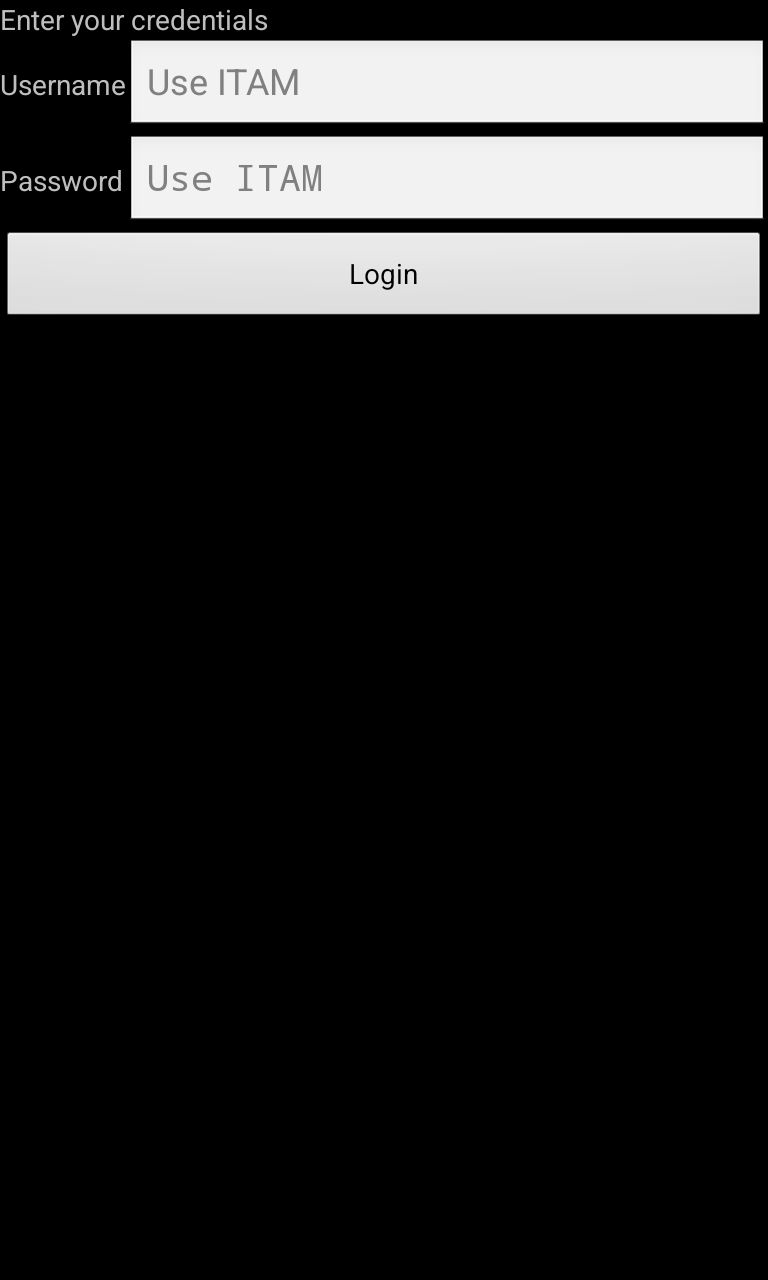
Repository: cogitovsmachina/Curso-Android-en-ITAM
Layout: SimpleLoginForm/res/layout/main.xml
An editor plug-in stored every save of this project. The layout is shown before and after a run of saves, followed by the edit.
It is drawn on a 768 x 1280 px phone screen (xhdpi) without system bars, with theme android:Theme; the app's code is not run.

Above is the layout before, as saved 2011-07-05 16:00:05.

### SimpleLoginForm/res/layout/main.xml
<?xml version="1.0" encoding="utf-8"?>
<TableLayout xmlns:android="http://schemas.android.com/apk/res/android"
    android:orientation="vertical"
    android:layout_width="fill_parent"
    android:layout_height="fill_parent"
    android:stretchColumns="1"
    >
<TextView
    android:layout_width="fill_parent"
    android:layout_height="wrap_content"
    android:text="@string/hello"
    />
    <TableRow>


<TextView
    android:layout_width="fill_parent"
    android:layout_height="wrap_content"
    android:text="Username"
    />

 <EditText
    android:layout_width="fill_parent"
    android:layout_height="wrap_content"
    android:hint="Use ITAM"
    android:id="@+id/username"
    />

    </TableRow>

<TableRow>
<TextView
    android:layout_width="fill_parent"
    android:layout_height="wrap_content"
    android:text="Password"
    />
    <EditText
    android:layout_width="fill_parent"
    android:layout_height="wrap_content"
    android:hint="Use ITAM"
    android:password="true"
    android:id="@+id/password"
    />
    </TableRow>

<LinearLayout
    android:layout_width="wrap_content"
    android:layout_height="wrap_content"

    >
<Button
    android:layout_width="fill_parent"
    android:layout_height="wrap_content"
    android:text="Login"
    android:id="@+id/loginbutton"
    />
<Button
    android:layout_width="fill_parent"
    android:layout_height="wrap_content"
    android:text="Cancel"
    android:id="@+id/cancelbutton"
    />
   </LinearLayout>
    <TextView
	    android:layout_width="fill_parent"
	    android:layout_height="wrap_content"
	    android:id="@+id/result"
    />
</TableLayout>

### SimpleLoginForm/res/values/strings.xml
<?xml version="1.0" encoding="utf-8"?>
<resources>
    <string name="hello">Enter your credentials</string>
    <string name="app_name">SimpleLoginForm</string>
</resources>

After the next 2 saves:
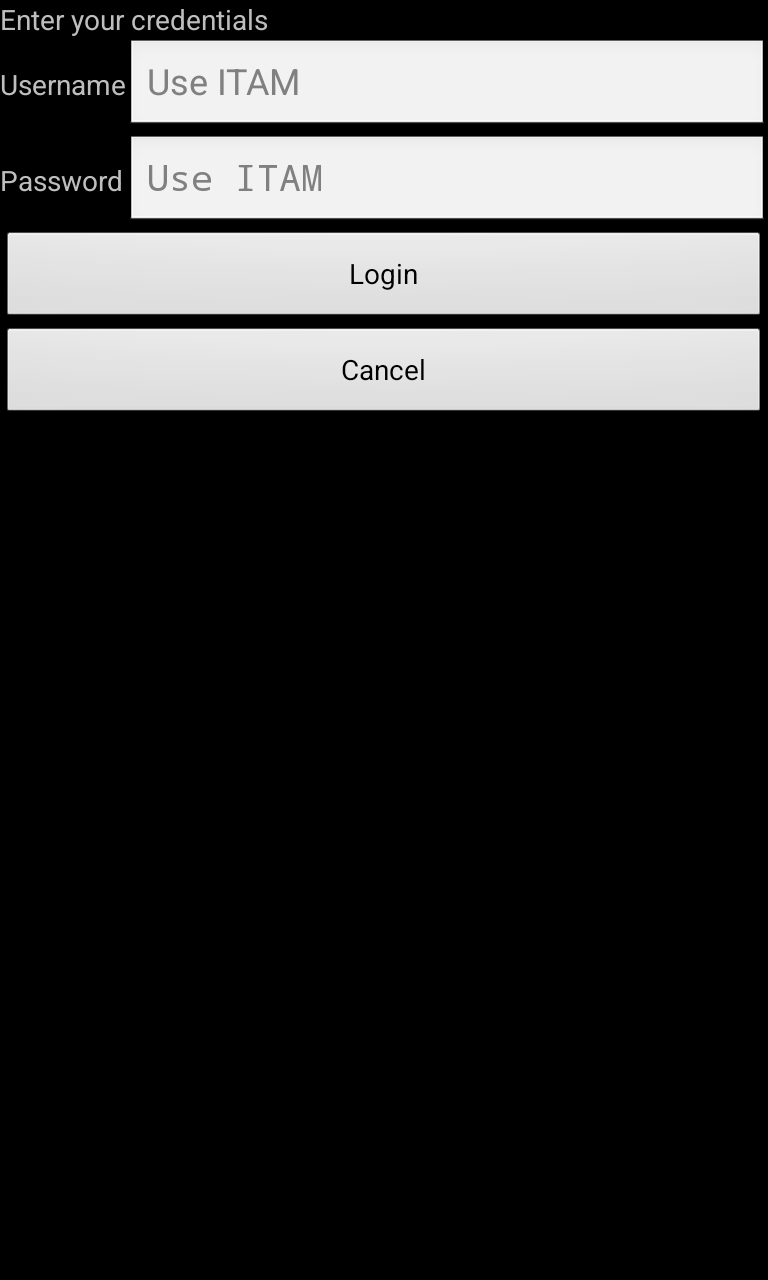
The 2 saves are shown as one change because 1 did not build or start.
The last was saved 31 s later.
--- a/SimpleLoginForm/res/layout/main.xml
+++ b/SimpleLoginForm/res/layout/main.xml
@@ -43,10 +43,9 @@
     />
     </TableRow>
 
-<LinearLayout
     android:layout_width="wrap_content"
     android:layout_height="wrap_content"
-
+    android:weight="1"
     >
 <Button
     android:layout_width="fill_parent"
@@ -60,7 +59,7 @@
     android:text="Cancel"
     android:id="@+id/cancelbutton"
     />
-   </LinearLayout>
+
     <TextView
 	    android:layout_width="fill_parent"
 	    android:layout_height="wrap_content"
